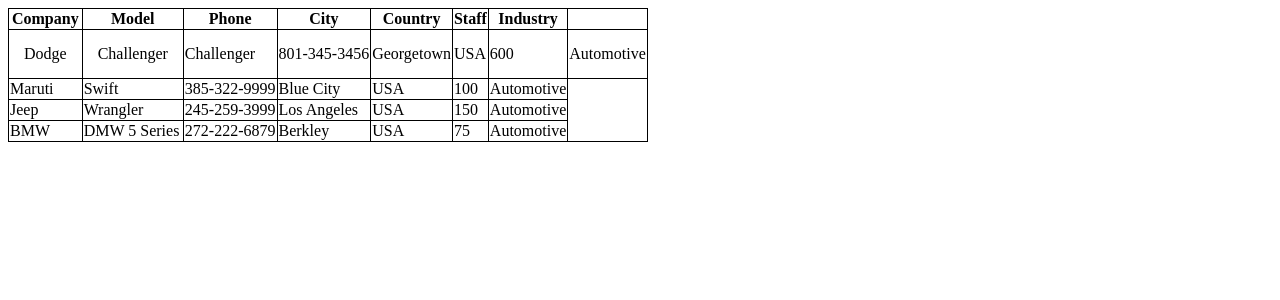
Repository: vgoins-RA2022/HTML-2
Page: index.html
The author's editor kept a copy of each file at every save. The page is drawn from the files as they stood at one save, then again after the next save.
The browser window is 1280 px wide. The pictures show the whole page.

Above is the page before, as saved 2023-01-21 22:22:27.

After the next save:
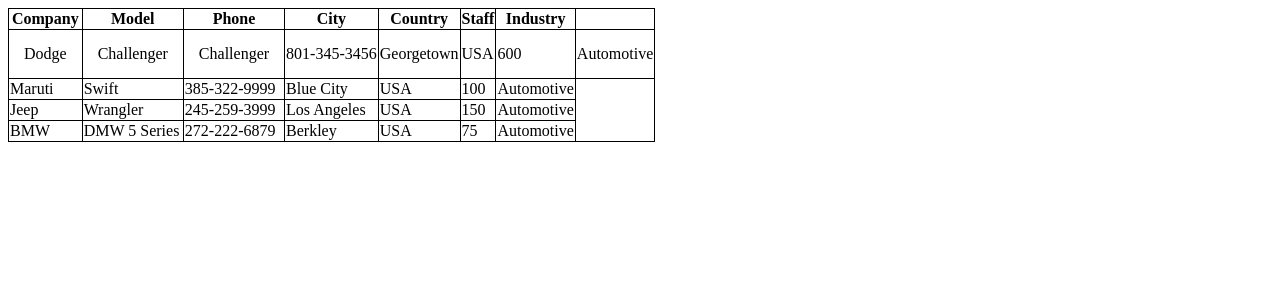
Saved 16 s later.
--- a/index.html
+++ b/index.html
@@ -28,7 +28,7 @@
         <!--Beginning table data  -->
         <td class="table-cell-padding">Dodge</td>
         <td class="table-cell-padding">Challenger</td>
-        <td>Challenger</td>
+        <td class="table-cell-padding">Challenger</td>
         <td>801-345-3456</td>
         <td>Georgetown</td>
         <td>USA</td>
